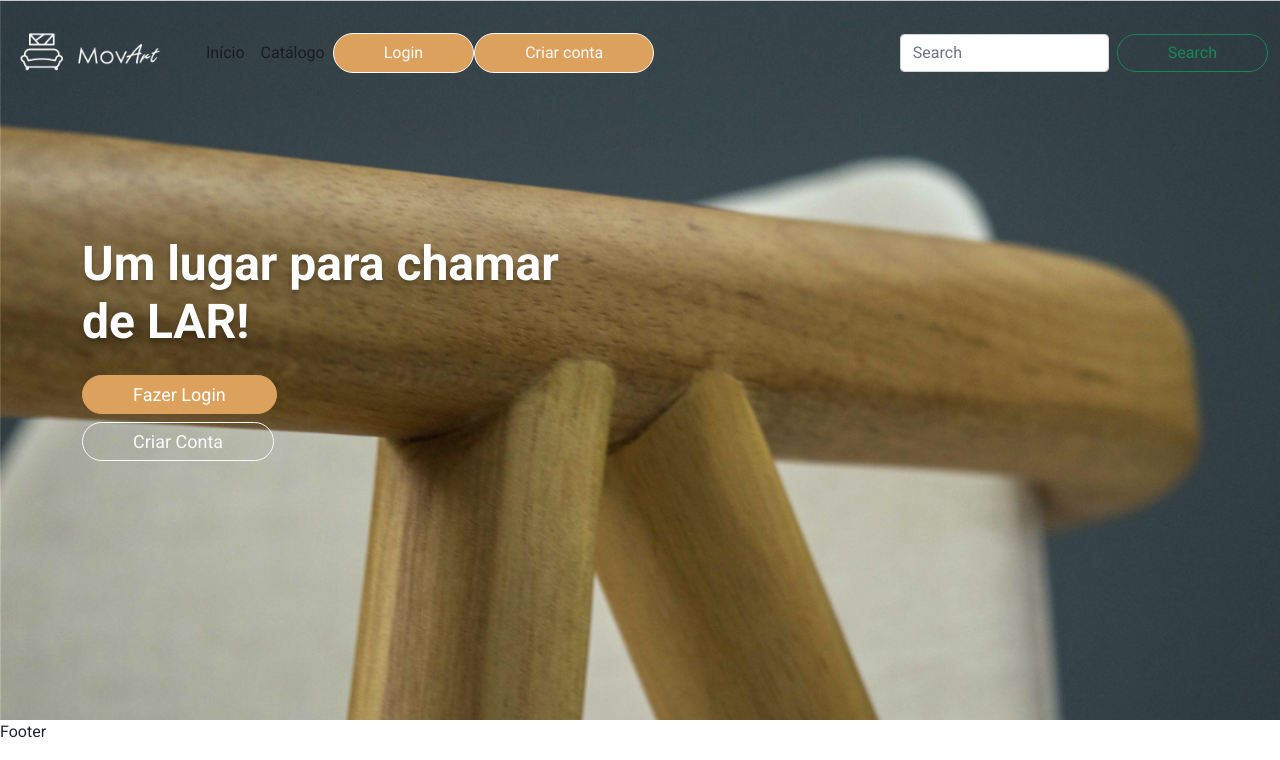
Repository: telesbp/Projeto-4-e-Projeto-5
Page: / (app in front-end/)
An editor plug-in stored every save of this project. The page is shown before and after the next save, followed by the edit.
The browser window is 1280 px wide. The pictures show the whole page.
The project was rebuilt for these pictures with package versions that can differ from the ones it lists, and the page was loaded fresh each time.

Above is the page before, as saved 2022-07-17 17:21:03.

After the next save:
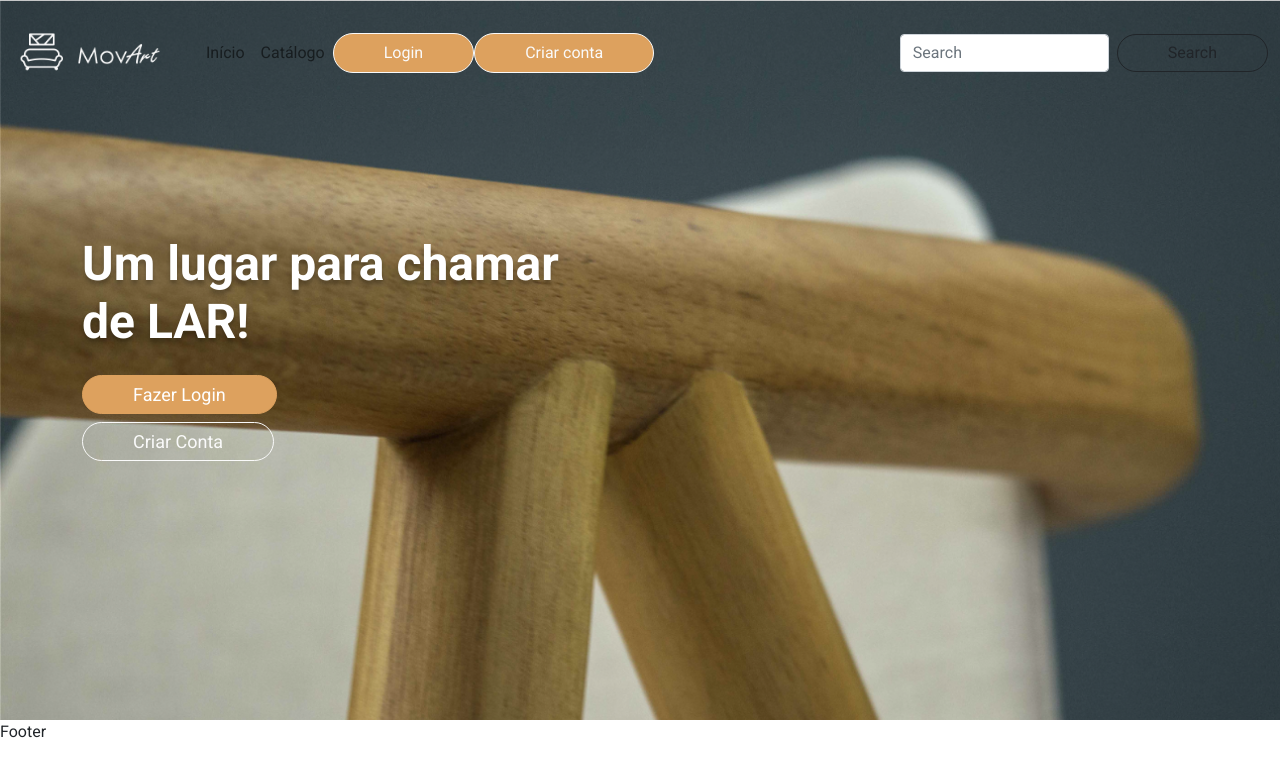
Saved 25 s later.
--- a/front-end/src/components/Layout/Header.tsx
+++ b/front-end/src/components/Layout/Header.tsx
@@ -24,7 +24,7 @@ export function Header() {
                 className="me-2"
                 aria-label="Search"
               />
-              <CustomButton variant="outline-success">Search</CustomButton>
+              <CustomButton variant="outline-dark">Search</CustomButton>
             </Form>
           </Navbar.Collapse>
         </Container>
